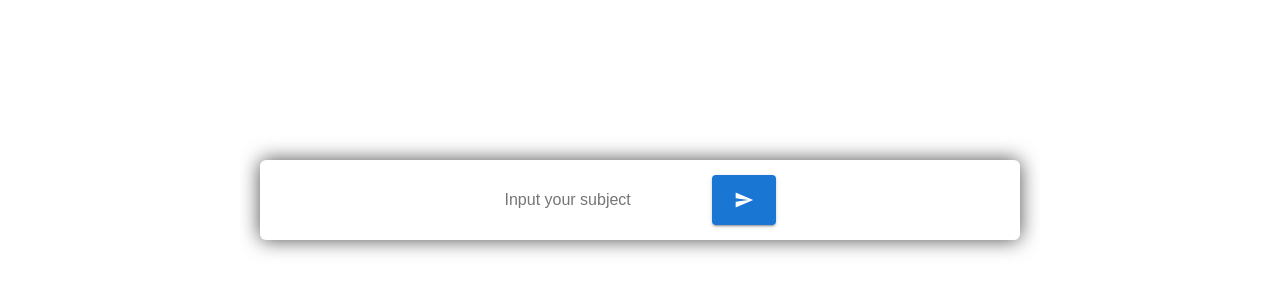
Repository: thienv29/todolist
Page: /
An editor plug-in stored every save of this project. The page is shown before and after the next save, followed by the edit.
The browser window is 1280 px wide. The pictures show the whole page.
The project was rebuilt for these pictures with package versions that can differ from the ones it lists, and the page was loaded fresh each time. Also part of the build but not shown: src/components/TodoEditing.js, src/components/Todo.js.

Above is the page before, as saved 2021-10-22 16:59:00.

After the next save:
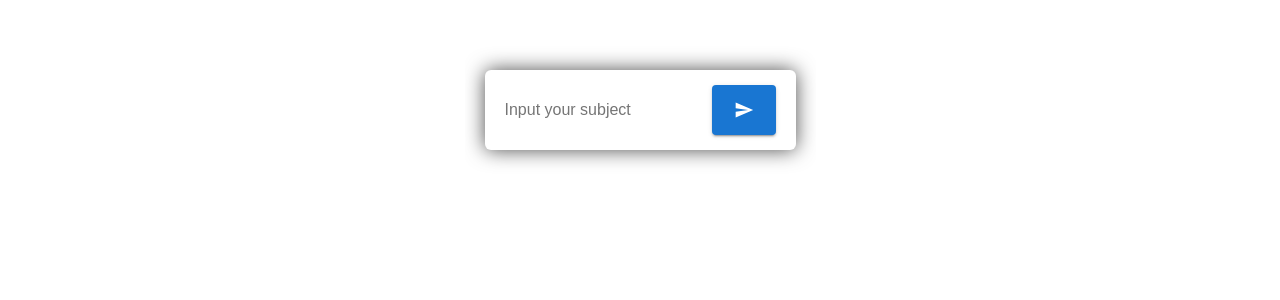
Saved 56 s later.
--- a/src/style.scss
+++ b/src/style.scss
@@ -11,7 +11,6 @@
     justify-content: center;
 }
 .main{
-    width: 800px;
     height: 100%;
     padding-top: 20%;
     padding-left: 20px;

After the save that followed:
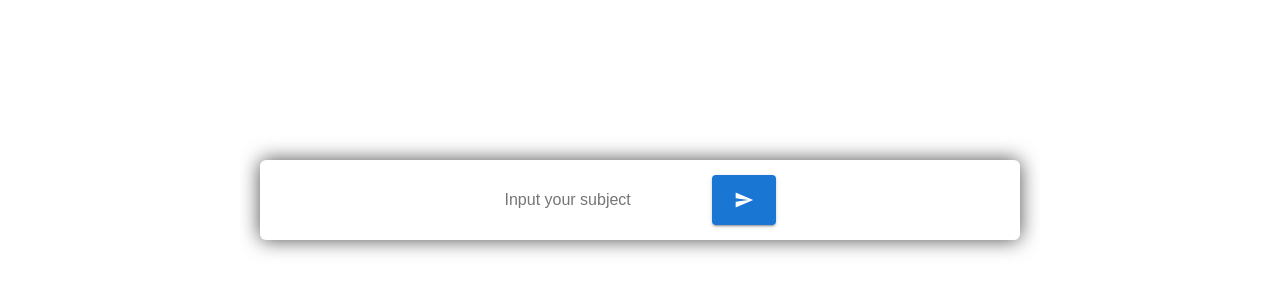
Saved 23 s later.
--- a/src/style.scss
+++ b/src/style.scss
@@ -11,6 +11,7 @@
     justify-content: center;
 }
 .main{
+    width: 800px;
     height: 100%;
     padding-top: 20%;
     padding-left: 20px;
